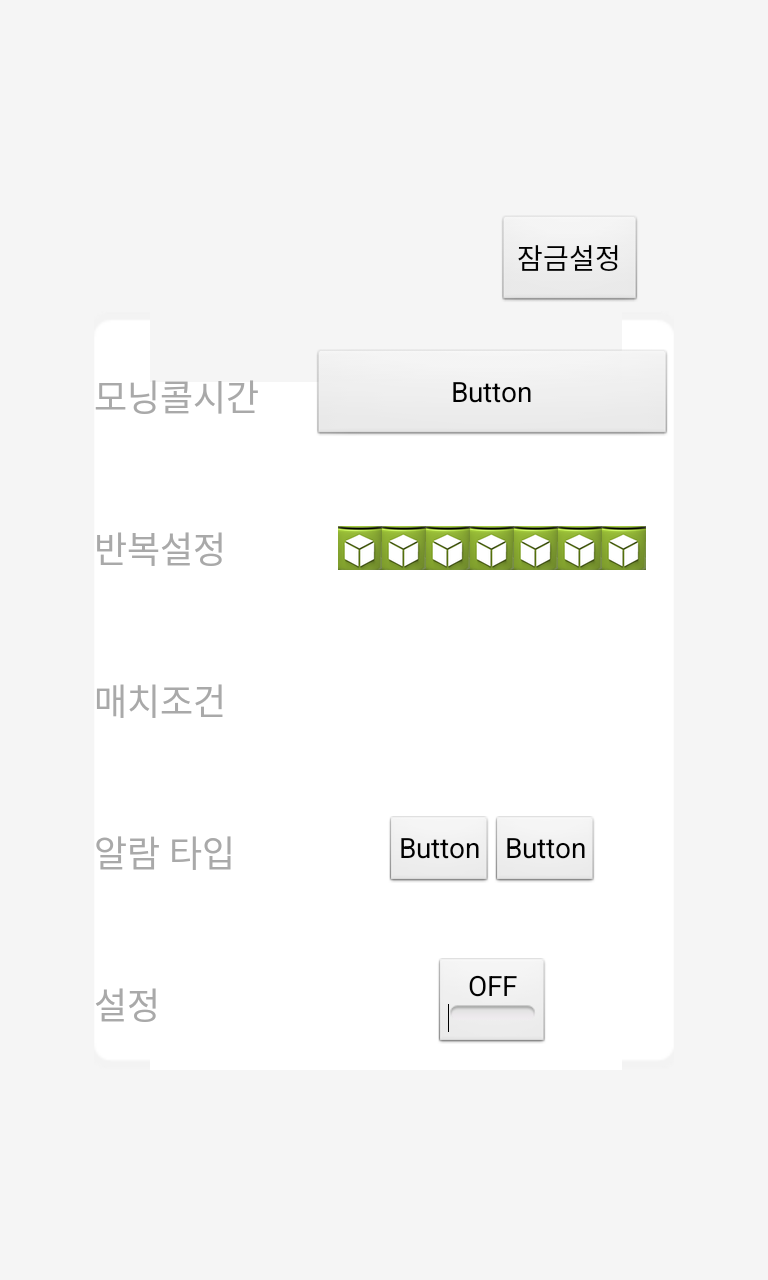
Repository: blacky512/smart_morning_call
Layout: client/SmartMorningCall/res/layout/randomcall_frag.xml
These files come from the project's save history. The layout is drawn as it stood at one moment and after the next save; the edit follows.
It is drawn on a 768 x 1280 px phone screen (xhdpi) without system bars, with theme android:Theme.NoTitleBar; the app's code is not run.

Above is the layout before, as saved 2013-02-19 11:37:53.

After the next save:
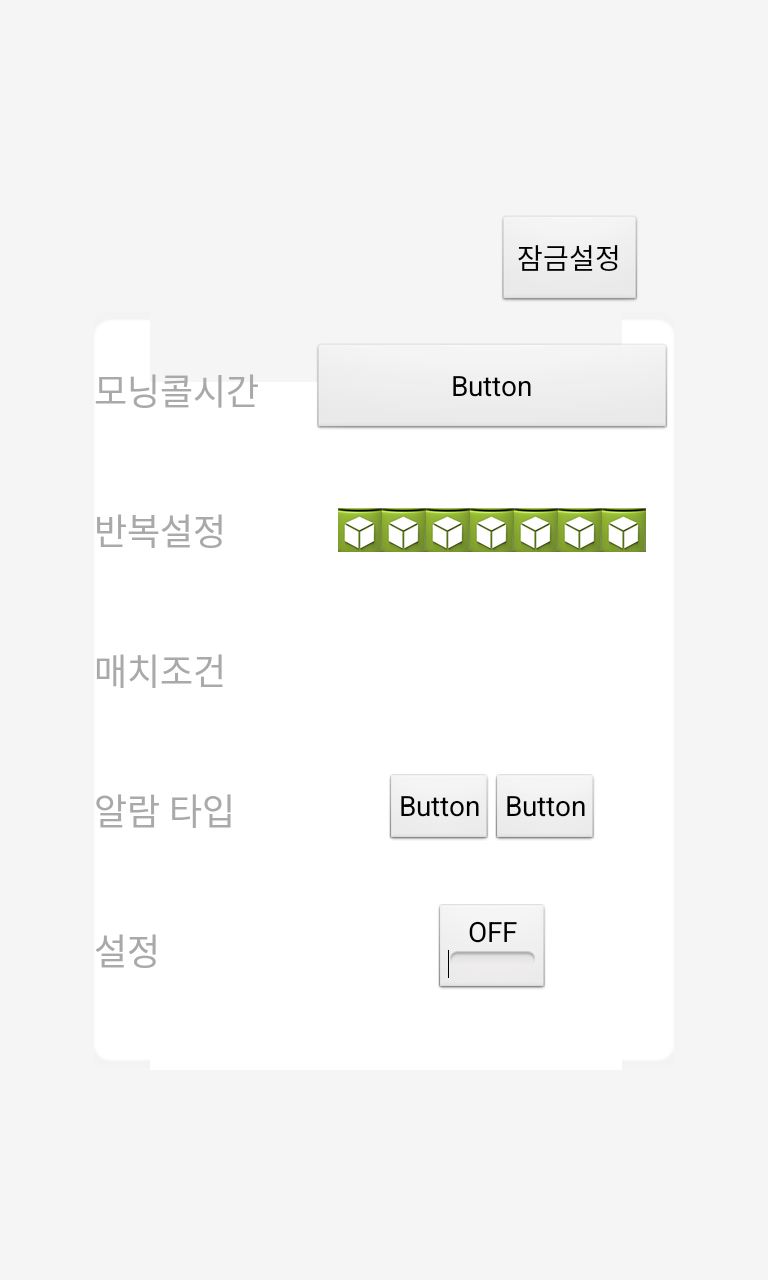
Saved 38 s later.
--- a/client/SmartMorningCall/res/layout/randomcall_frag.xml
+++ b/client/SmartMorningCall/res/layout/randomcall_frag.xml
@@ -39,7 +39,7 @@
 
             <LinearLayout
                 android:layout_width="match_parent"
-                android:layout_height="380dp"
+                android:layout_height="350dp"
                 android:orientation="vertical"
                 android:padding="0dp" >
 
